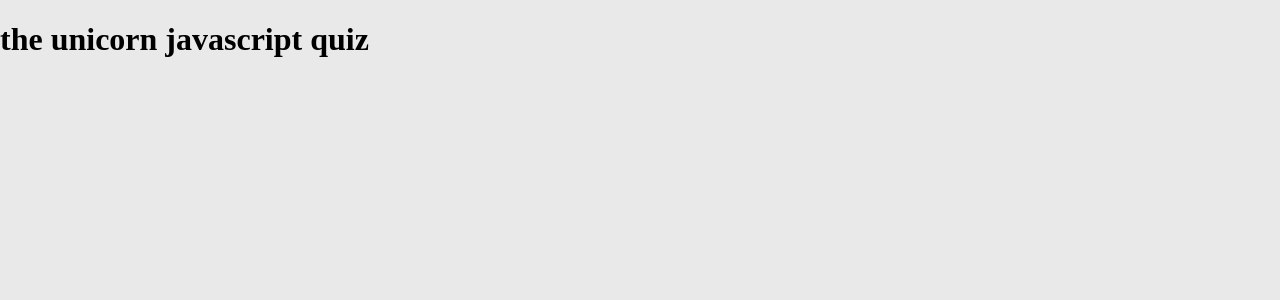
Repository: CharlotteAneriksson/donutQuiz
Page: index.html
The author's editor kept a record of every edit. The page is drawn from the files as they stood at one moment, then again after the next edit.
The browser window is 1280 px wide. The pictures show the whole page.

Above is the page before.

After the next edit:
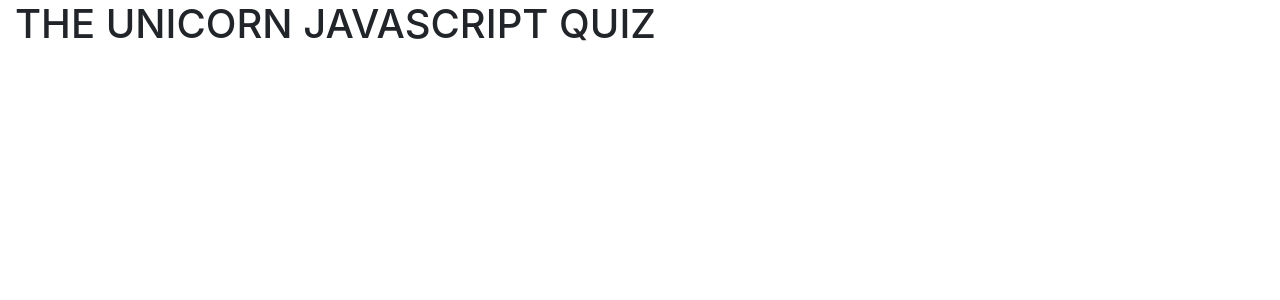
The edit:
--- a/index.html
+++ b/index.html
@@ -7,6 +7,7 @@
     <title>JavaScript Quiz</title>
     <link rel="stylesheet" href="css/style.css" type="text/css" >
     <link href="https://fonts.googleapis.com/css?family=Roboto+Mono&display=swap" rel="stylesheet">
+    <link rel="stylesheet" href="https://stackpath.bootstrapcdn.com/bootstrap/4.3.1/css/bootstrap.min.css" type="text/css" />
     <script type="text/javascript" src="scripts/script.js"></script>
 </head>
 <body>
